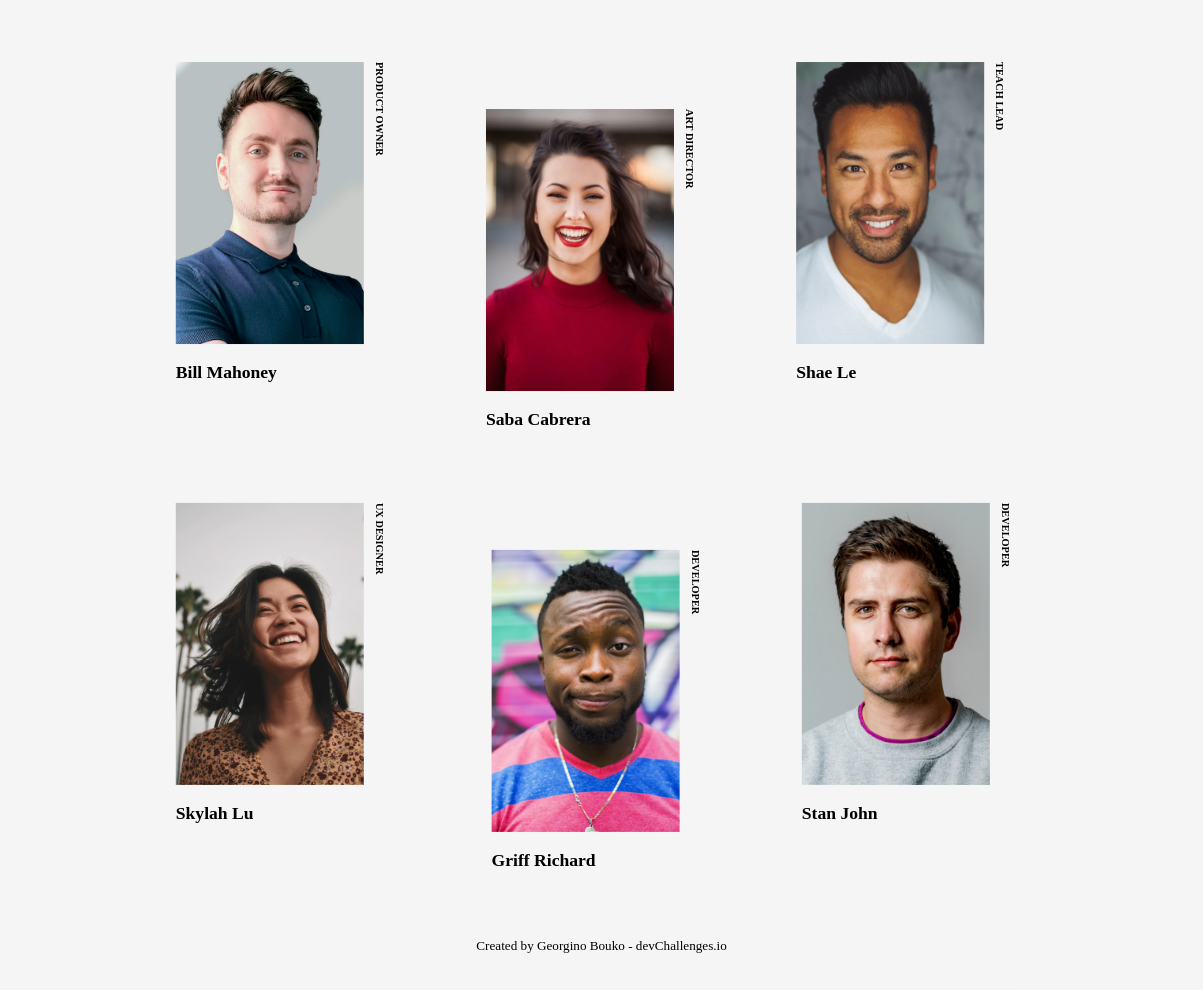
Repository: georgisenze/my-team-page-challeng
Page: index.html
These files come from the project's save history. The page is drawn as it stood at one moment and after the next save; the edit follows.
The browser window is 1280 px wide. The pictures show the whole page, at 94% of full size.

Above is the page before, as saved 2023-02-22 23:52:29.

After the next save:
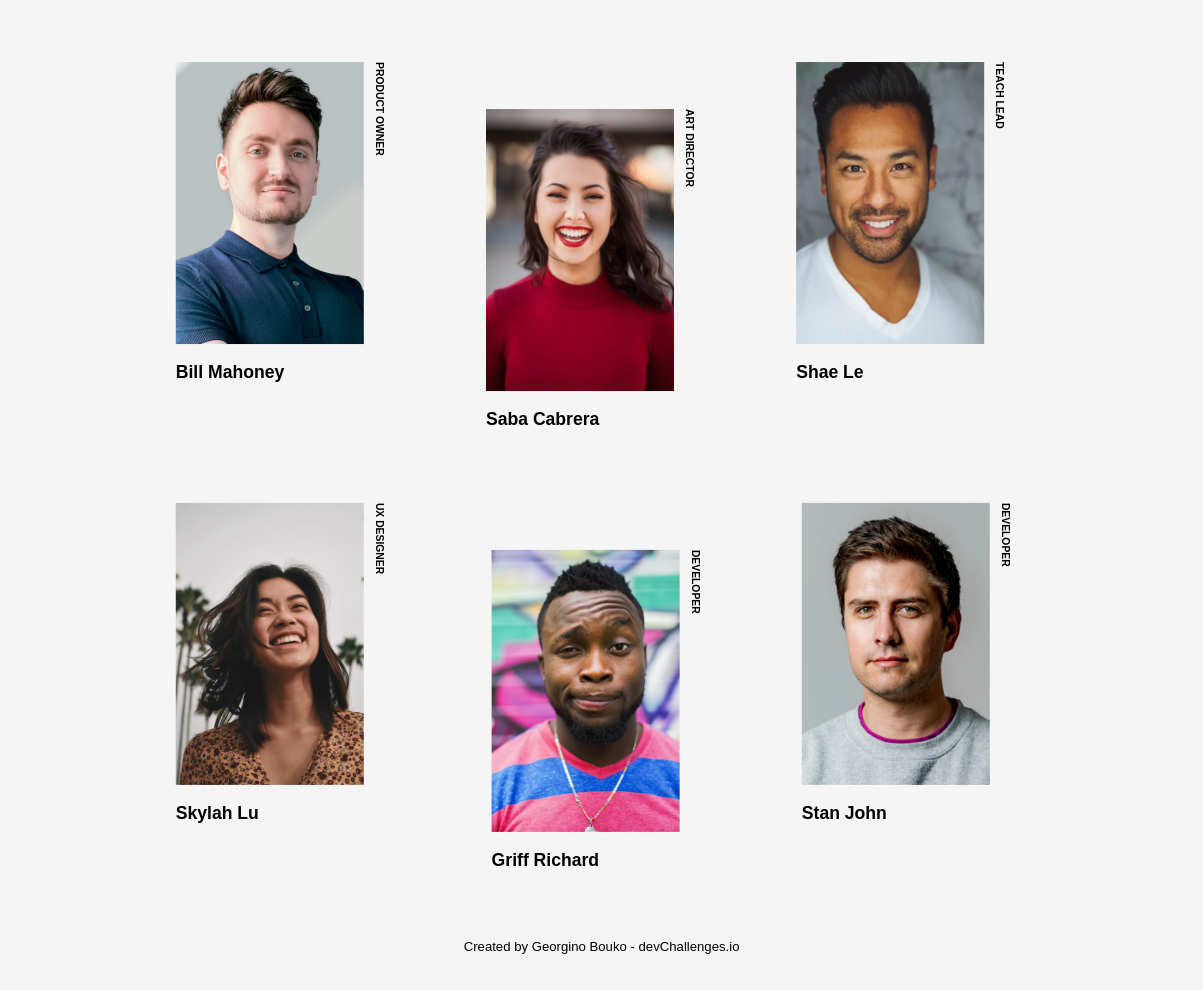
Saved 4 s later.
--- a/assets/css/style.css
+++ b/assets/css/style.css
@@ -2,7 +2,7 @@
     margin: 0;
     padding: 0;
     background-color: whitesmoke;
-    font-family:
+    font-family:Arial, Helvetica, sans-serif
   }
 
   .container {

After the save that followed:
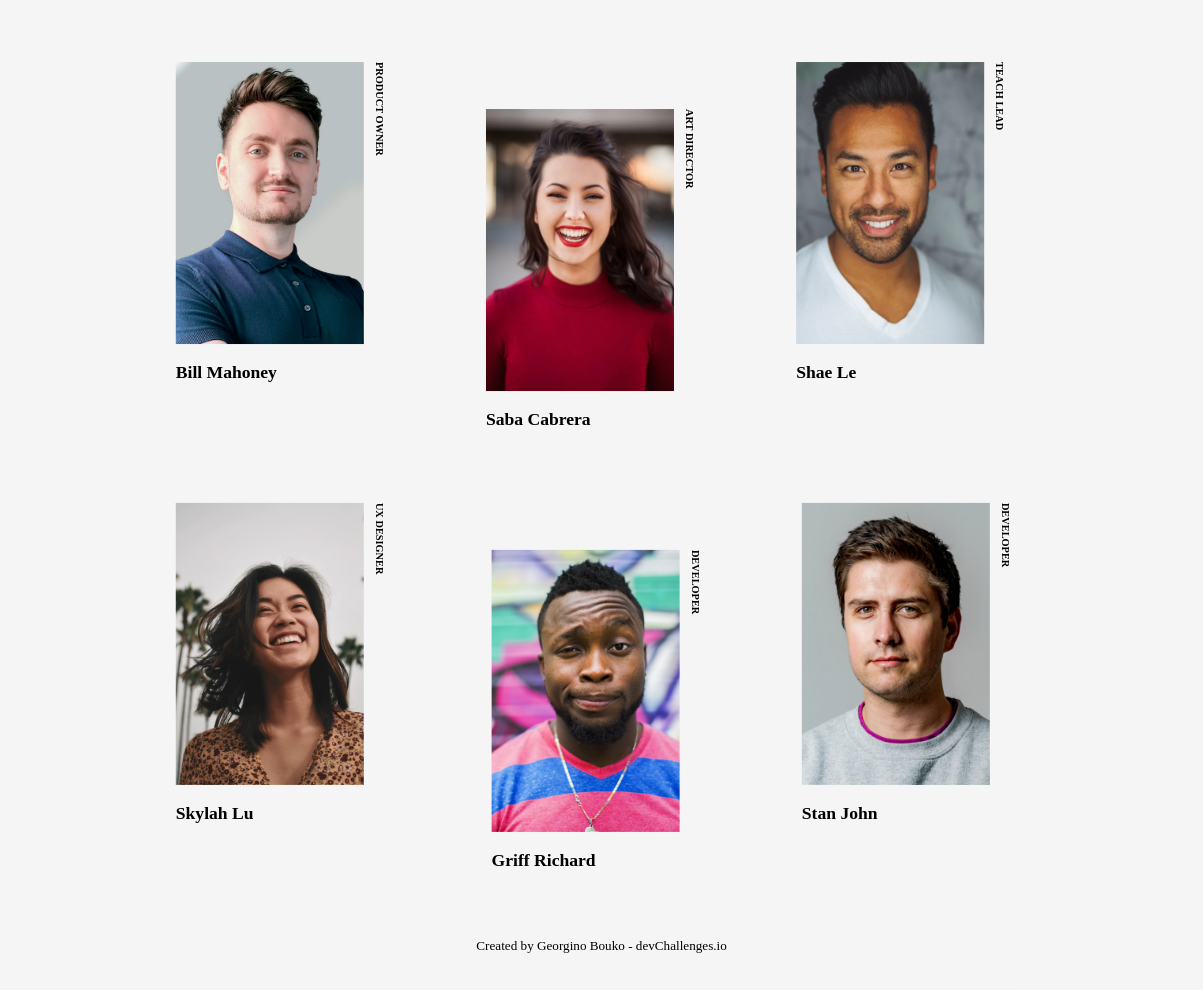
Saved 13 s later.
--- a/assets/css/style.css
+++ b/assets/css/style.css
@@ -2,7 +2,6 @@
     margin: 0;
     padding: 0;
     background-color: whitesmoke;
-    font-family:Arial, Helvetica, sans-serif
   }
 
   .container {
